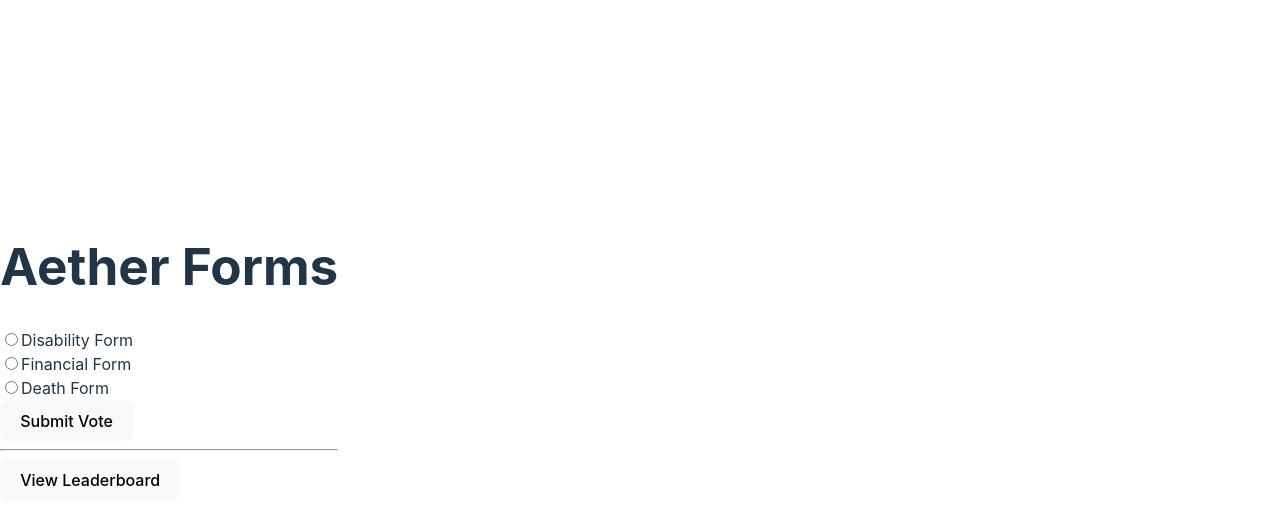
Repository: Jennica1/Aether-Top-Forms
Page: / (app in form-leaderboard-frontend/)
An editor plug-in stored every save of this project. The page is shown before and after the next save, followed by the edit.
The browser window is 1280 px wide. The pictures show the whole page.
The project was rebuilt for these pictures with package versions that can differ from the ones it lists, and the page was loaded fresh each time. Also part of the build but not shown: form-leaderboard-frontend/vite.config.js.

Above is the page before, as saved 2024-11-26 20:48:49.

After the next save:
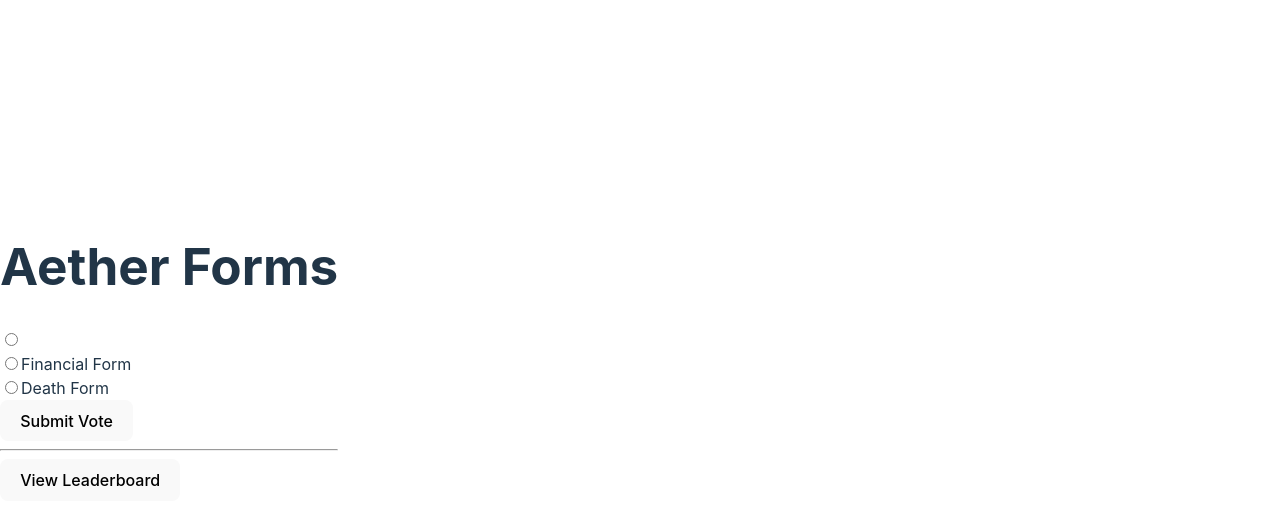
Saved 4 min 48 s later.
--- a/form-leaderboard-frontend/src/formDescriptions.json
+++ b/form-leaderboard-frontend/src/formDescriptions.json
@@ -1,6 +1,6 @@
 [
   {
-    "formType": "Disability Form",
+    "_id": "Disability Form",
     "description": "A form for requesting accommodations or support for disabilities."
   },
   {

After the 3 saves that followed:
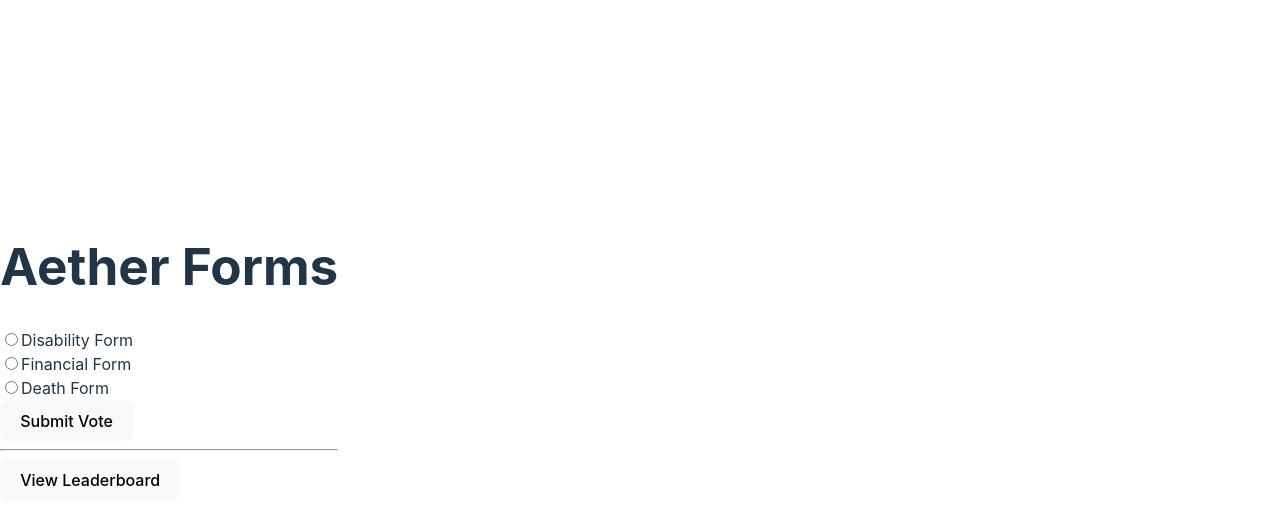
The 3 saves are shown as one change because 2 left the picture as it was.
The last was saved 6 min 46 s later.
--- a/form-leaderboard-frontend/src/formDescriptions.json
+++ b/form-leaderboard-frontend/src/formDescriptions.json
@@ -1,6 +1,6 @@
 [
   {
-    "_id": "Disability Form",
+    "formType": "Disability Form",
     "description": "A form for requesting accommodations or support for disabilities."
   },
   {
